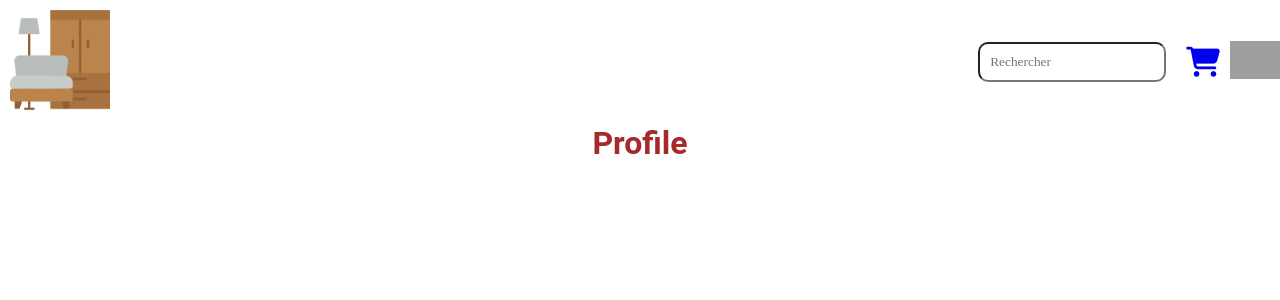
Repository: adatechschool/onmeuble
Page: /profile (app in front/)
An editor plug-in stored every save of this project. The page is shown before and after the next save, followed by the edit.
The browser window is 1280 px wide. The pictures show the whole page.
Pictures or frames that could not be fetched are drawn as grey boxes. Some web fonts or font styles are not loaded; a fallback is used. Some web libraries are served in a nearby version. The project was rebuilt for these pictures with package versions that can differ from the ones it lists, and the page was loaded fresh each time. Also part of the build but not shown: front/src/components/ListArticle.js, front/src/pages/Products.js, front/src/pages/Basket.js, front/src/pages/Details.js.

Above is the page before, as saved 2024-03-12 14:25:26.

### front/public/index.html
<!DOCTYPE html>
<html lang="en">
  <head>
    <meta charset="utf-8" />
    <!-- <link rel="favicon" href="" /> -->
    <meta name="viewport" content="width=device-width, initial-scale=1" />
    <meta name="theme-color" content="#000000" />
    <meta name="description" content="Web site created using React" />
    <!-- <link rel="apple-touch-icon" href="%PUBLIC_URL%/logo192.png" /> -->
    <!--
      manifest.json provides metadata used when your web app is installed on a
      user's mobile device or desktop. See https://developers.google.com/web/fundamentals/web-app-manifest/
    -->
    <link rel="manifest" href="%PUBLIC_URL%/manifest.json" />
    <!--
      Notice the use of %PUBLIC_URL% in the tags above.
      It will be replaced with the URL of the `public` folder during the build.
      Only files inside the `public` folder can be referenced from the HTML.

      Unlike "/favicon.ico" or "favicon.ico", "%PUBLIC_URL%/favicon.ico" will
      work correctly both with client-side routing and a non-root public URL.
      Learn how to configure a non-root public URL by running `npm run build`.
    -->
    <title>On Meuble</title>
  </head>
  <body>
    <noscript>You need to enable JavaScript to run this app.</noscript>
    <div id="root"></div>
    <!--
      This HTML file is a template.
      If you open it directly in the browser, you will see an empty page.

      You can add webfonts, meta tags, or analytics to this file.
      The build step will place the bundled scripts into the <body> tag.

      To begin the development, run `npm start` or `yarn start`.
      To create a production bundle, use `npm run build` or `yarn build`.
    -->
  </body>
</html>

### front/src/App.js
//! Imports (IMPORTANT)

import "./App.css";
import logo from "./img/furniture.png";
import "https://kit.fontawesome.com/6a21cd18bd.js";
import Products from "./pages/Products";
import Basket from "./pages/Basket";
import Profile from "./pages/Profile";
import Details from "./pages/Details";
import { Routes, Route, Link, Navigate } from "react-router-dom";
import ListArticle from "./components/ListArticle";

//? Component

function App() {
  return (
      <div>
        {/* Barre de navigation */}
        <nav>
          <div className="leftNav">
            {/* <Link> permet de se référer plus tard au 'path' correspondante (dans ce cas, './products/') */}
            <Link to="/products/">
              <img id="logo" src={logo} alt="On meuble" />
            </Link>
          </div>
          <div className="rightNav">
            <input id="search-input" type="text" placeholder="Rechercher" />
            <Link to="/basket">
              <i className="fa-solid fa-cart-shopping cart"></i>
            </Link>
            <Link to='/profile'>
              <img
                id="profilePic"
                src="https://media.istockphoto.com/id/1300845620/fr/vectoriel/appartement-dic%C3%B4ne-dutilisateur-isol%C3%A9-sur-le-fond-blanc-symbole-utilisateur.jpg?s=612x612&w=0&k=20&c=BVOfS7mmvy2lnfBPghkN__k8OMsg7Nlykpgjn0YOHj0="
                alt=""
              />
            </Link>
          </div>
        </nav>
        {/* <Routes> permet de créer des routes, cette balise comprend que des routes vont être créées */}
        <Routes>
          {/* <Route> fait apparaître au démarage du serveur l'élément Products à l'URL ./products/ */}
          <Route path="/" element={<Navigate to="/products/" />} />
          {/* <Route> fait apparaître l'élément Products à l'URL ./products/ */}
          <Route path="/products/" element={<Products />} />
          {/* <Route> fait apparaître l'élément Details à l'URL ./products/:id */}
          <Route path="/products/:id" element={<Details />} />
          <Route path="/basket" element={<Basket />} />
          <Route path="/profile" element={<Profile />} />
        </Routes>
      </div>
  );
}

//! Export (IMPORTANT)

export default App; //* VOIR index.js

### front/src/App.css
/* NAVBAR */
@import url('https://fonts.googleapis.com/css2?family=Chivo:ital,wght@0,100..900;1,100..900&display=swap');

 * {

  font-family: Chivo;
 }

nav {
  display: grid;
  grid-template-columns: 2fr 1fr;
}

h1, h2, .type-p, .price-p {
  text-align: center;
  font-family: 'Roboto', sans-serif;
}

.leftNav {
  padding: 10px;
}

.rightNav {
  display: flex;
  justify-content: flex-end;
  align-items: center;
}

#logo {
  width: 100px;
}

.cart, #search-input {
  margin: 10px;
}

.cart {
  font-size: 30px;
}

#search-input {
  padding: 10px;
  border-radius: 10px;
}

#profilePic {
  width: 50px;
}

.article-container {
  display: flex;
  justify-content: space-around;
}

/* ARTICLES */

article {
  border: 3px solid black;
  border-radius: 20px;
  width: 20%;
  padding: 10px;
  margin: 10px;
  transition: all 0.3s ease;
}

article:hover {
  box-shadow: 0 0 10px black;
  background-color: beige;
}

.img-furniture {
  max-width: 100%;
  height: 100%;
  object-fit: contain;

}

.frame  {
  display: inline-block;
  height: 300px;
  max-width: 300px;
  overflow: hidden;
}

.footer {
  display: grid;
  grid-template-columns: 1fr 1fr;
  justify-items: end;
}

.buy {
  width: min-content;
  padding: 0 30px;
  background-color: green;
  border: none;
  border-radius: 5px;
  transition: all 0.3s ease;
  margin: 10px;
  color: white;
}

.buy:hover {
  background-color: darkgreen;
}

### front/src/pages/Profile.js
//! Imports (IMPORTANT)

import '../App.css';

//? Component
//todo: Créer la page profil administrateur

function Profile() {
    return (
        <div>
            <h1>Profile</h1>
        </div>
    );
}

//! Export (IMPORTANT)

export default Profile;

### front/src/pages/Details.css


#container {
    /* background-color: antiquewhite; */
    display: flex;
    flex-direction: column;
    align-items: center;

}

.article-container-detail {

    display: grid;
    grid-template-columns: 1fr 3fr;

}

h1 {
    margin: 0;
    padding: 0;
    text-align: center;
    color: brown;
}

article {
    border: none;
}

article:hover {
    box-shadow: none;
    background-color: none;
}

#addToBasket {
    background-color: rgba(67, 18, 145, 0.795);
    color: white;
    padding: 10px;
    border-radius: 10px;
    cursor: pointer;
    border: none;
    transition: all 0.3s ease;
}

.p-details {
    text-align: center;
    font-size: 1.5rem;
}

#img {
    height: 100%;
    border: 2px solid black;
    border-radius: 20px;
    box-shadow: 0 0 10px black;
}

Loaded but not shown: front/src/index.js (common file); front/src/index.css (common file); front/src/reportWebVitals.js (common file)

After the next save:
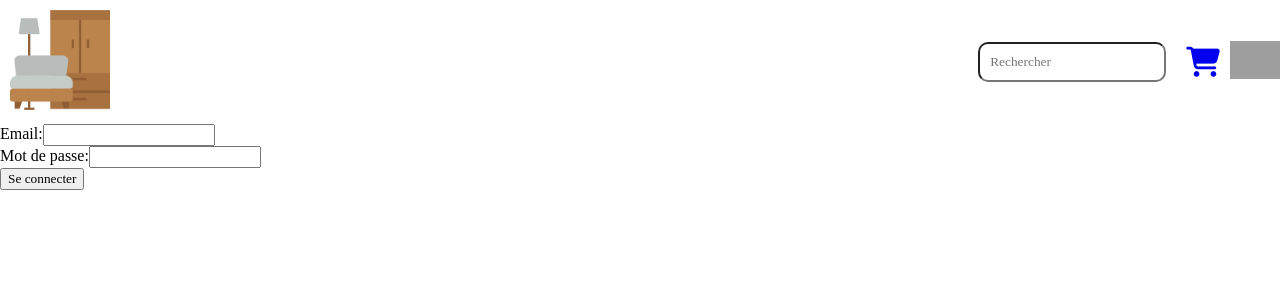
Saved 3 min 56 s later.
--- a/front/src/pages/Profile.js
+++ b/front/src/pages/Profile.js
@@ -1,18 +1,64 @@
 //! Imports (IMPORTANT)
 
-import '../App.css';
+import "../App.css";
+
+import React, { useState } from "react";
+
+function LoginForm() {
+  const [email, setEmail] = useState("");
+  const [password, setPassword] = useState("");
+
+  const handleLogin = (e) => {
+    e.preventDefault();
+    // Ajoutez ici la logique de connexion avec votre backend
+    console.log("Email:", email);
+    console.log("Mot de passe:", password);
+  };
+
+  return (
+    <form className="login-form" onSubmit={handleLogin}>
+      {" "}
+      {/* Utilisation de la classe "login-form" */}
+      <div>
+        <label htmlFor="email">Email:</label>
+        <input
+          type="email"
+          id="email"
+          value={email}
+          onChange={(e) => setEmail(e.target.value)}
+          required
+        />
+      </div>
+      <div>
+        <label htmlFor="password">Mot de passe:</label>
+        <input
+          type="password"
+          id="password"
+          value={password}
+          onChange={(e) => setPassword(e.target.value)}
+          required
+        />
+      </div>
+      <button type="submit">Se connecter</button>
+    </form>
+  );
+}
+
+export default LoginForm;
+
+/*
 
 //? Component
 //todo: Créer la page profil administrateur
 
 function Profile() {
-    return (
-        <div>
-            <h1>Profile</h1>
-        </div>
-    );
+  return (
+    <div>
+      <h1>Profile</h1>
+    </div>
+  );
 }
 
 //! Export (IMPORTANT)
 
-export default Profile;
+export default Profile;  */
